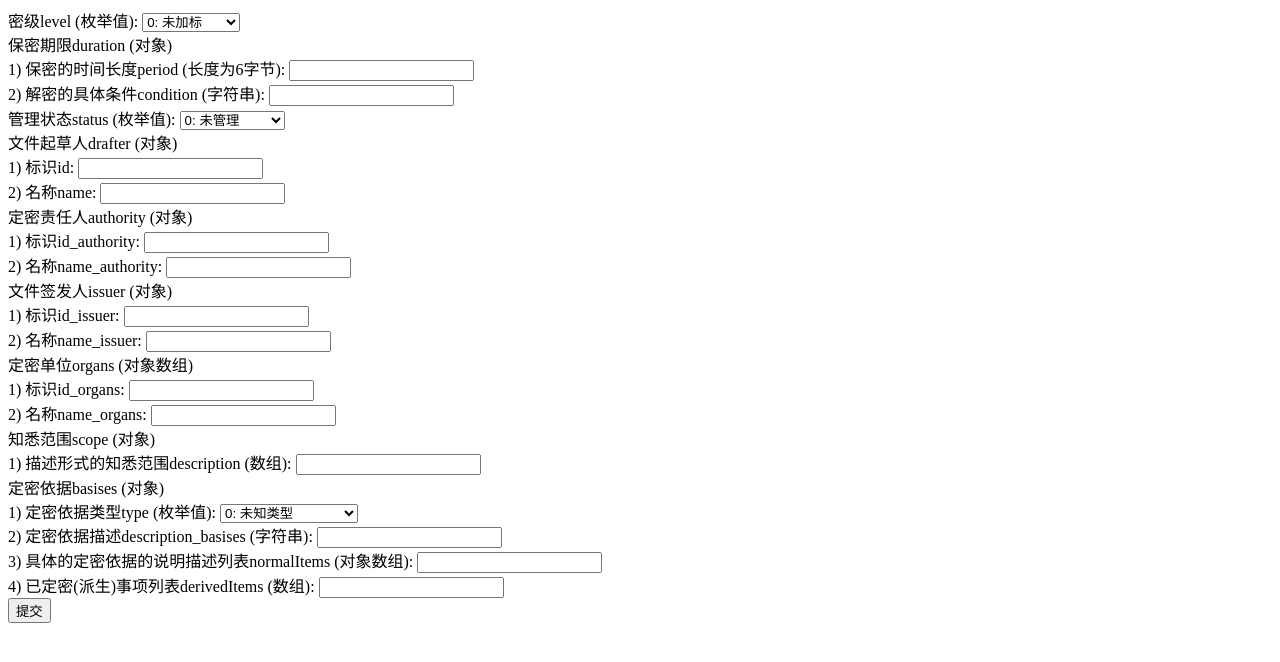
Repository: karlinglee93/eclipse-workspace
Page: jsp_test/WebContent/test.html
An editor plug-in stored every save of this project. The page is shown before and after the next save, followed by the edit.
The browser window is 1280 px wide. The pictures show the whole page.

Above is the page before, as saved 2018-07-05 03:38:10.

### jsp_test/WebContent/test.html
<!DOCTYPE html>
<html>
<head>
<meta charset="utf-8">
<title>Label</title>
</head>
<body>

<form action="main.jsp" method="GET">
密级level (枚举值):
<select name="level">
<option value="0">0: 未加标</option>
<option value="10">10: 国密公开</option>
<option value="11">11: 商密公开</option>
<option value="20">20: 国密内部</option>
<option value="21">21: 商密内部</option>
<option value="50">50: 普通商密</option>
<option value="80">80: 核心商密</option>
<option value="120">120: 秘密</option>
<option value="150">150: 机密</option>
<option value="180">180: 绝密</option>
</select>
<br />

保密期限duration (对象)
<br />
1) 保密的时间长度period (长度为6字节):
<input type="text" name="period" />
<br />
2) 解密的具体条件condition (字符串):
<input type="text" name="condition" />
<br />

管理状态status (枚举值):
<select name="status">
<option value="0">0: 未管理</option>
<option value="20">20: 忽略</option>
<option value="50">50: 预定密</option>
<option value="80">80: 正式定密</option>
<option value="110">110: 文件签发</option>
<option value="140">140: 密级变更</option>
<option value="170">170: 文件解密</option>
</select>
<br />

文件起草人drafter (对象)
<br />
1) 标识id:
<input type="text" name="id" />
<br />
2) 名称name:
<input type="text" name="name" />
<br />

定密责任人authority (对象)
<br />
1) 标识id_authority:
<input type="text" name="id_authority" />
<br />
2) 名称name_authority:
<input type="text" name="name_authority" />
<br />

文件签发人issuer (对象)
<br />
1) 标识id_issuer:
<input type="text" name="id_issuer" />
<br />
2) 名称name_issuer:
<input type="text" name="name_issuer" />
<br />

定密单位organs (对象数组)
<br />
1) 标识id_organs:
<input type="text" name="id_organs" />
<br />
2) 名称name_organs:
<input type="text" name="name_organs" />
<br />

知悉范围scope (对象)
<br />
1) 描述形式的知悉范围description (数组):
<input type="text" name="description" />
<br />

定密依据basises (对象)
<br />
1) 定密依据类型type (枚举值):
<select name="type">
<option value="0">0: 未知类型</option>
<option value="10">10: 确定性定密事项</option>
<option value="50">50: 不明确事项</option>
<option value="90">90: 无权定密事项</option>
<option value="130">130: 派生定密事项</option>
</select>
<br />
2) 定密依据描述description_basises (字符串):
<input type="text" name="description_basises" />
<br />
3) 具体的定密依据的说明描述列表normalItems (对象数组):
<input type="text" name="normalItems" />
<br />
4) 已定密(派生)事项列表derivedItems (数组):
<input type="text" name="derivedItems" />
<br />

<input type="submit" value="提交" />
</form>
</body>
</html>

After the next save:
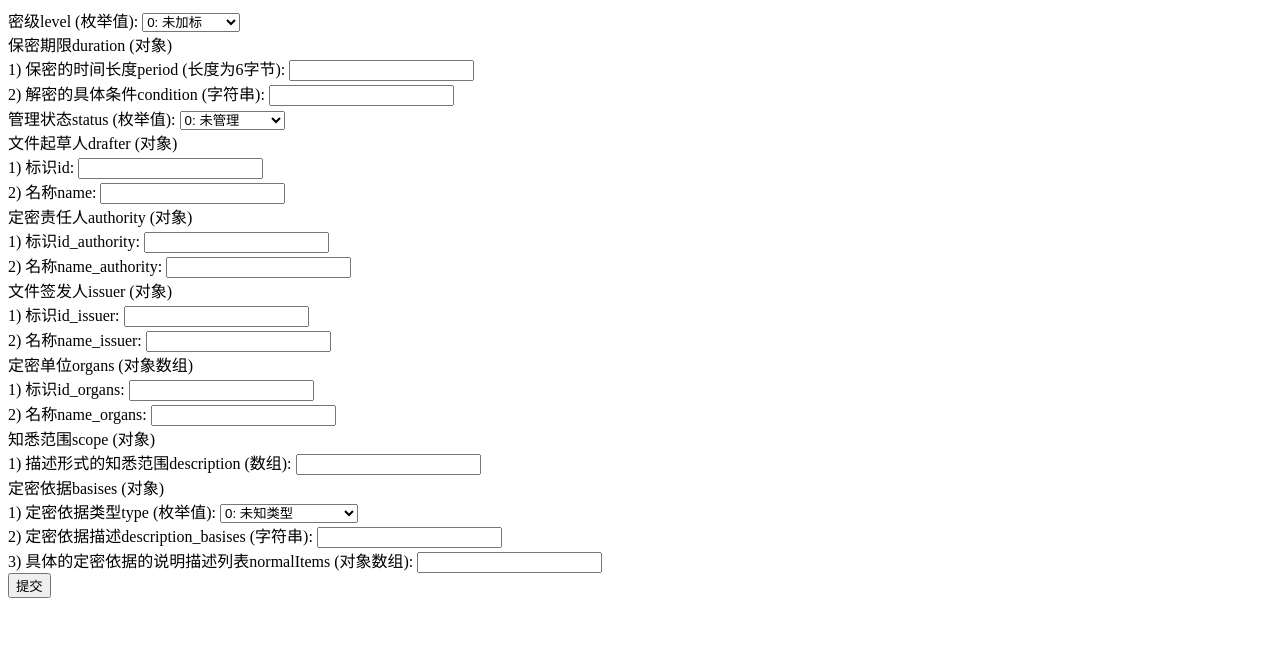
Saved 29 s later.
--- a/jsp_test/WebContent/test.html
+++ b/jsp_test/WebContent/test.html
@@ -102,9 +102,6 @@
 3) 具体的定密依据的说明描述列表normalItems (对象数组):
 <input type="text" name="normalItems" />
 <br />
-4) 已定密(派生)事项列表derivedItems (数组):
-<input type="text" name="derivedItems" />
-<br />
 
 <input type="submit" value="提交" />
 </form>
